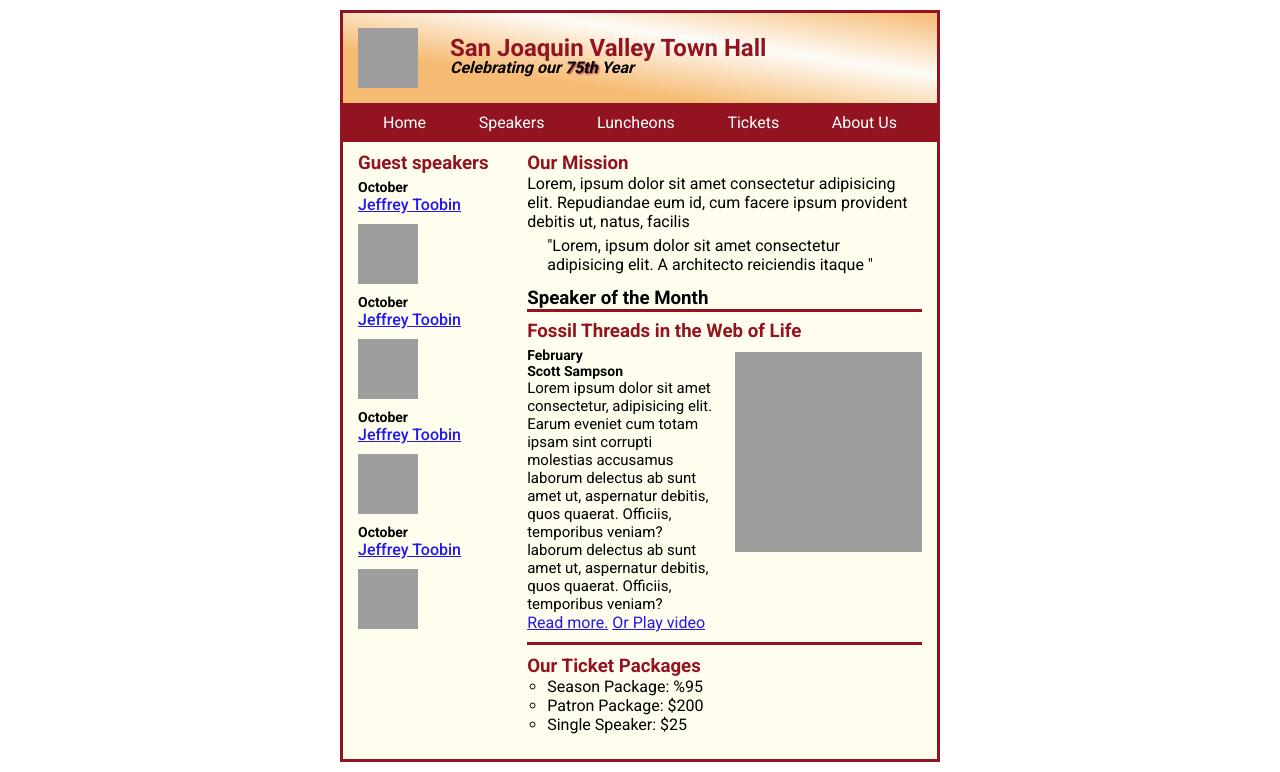
Repository: Mannj-nef/ex-5-6-7-8_IvVettech
Page: index.html
An editor plug-in stored every save of this project. The page is shown before and after the next save, followed by the edit.
The browser window is 1280 px wide. The pictures show the whole page.
Pictures or frames that could not be fetched are drawn as grey boxes.

Above is the page before, as saved 2022-03-24 23:14:18.

After the next save:
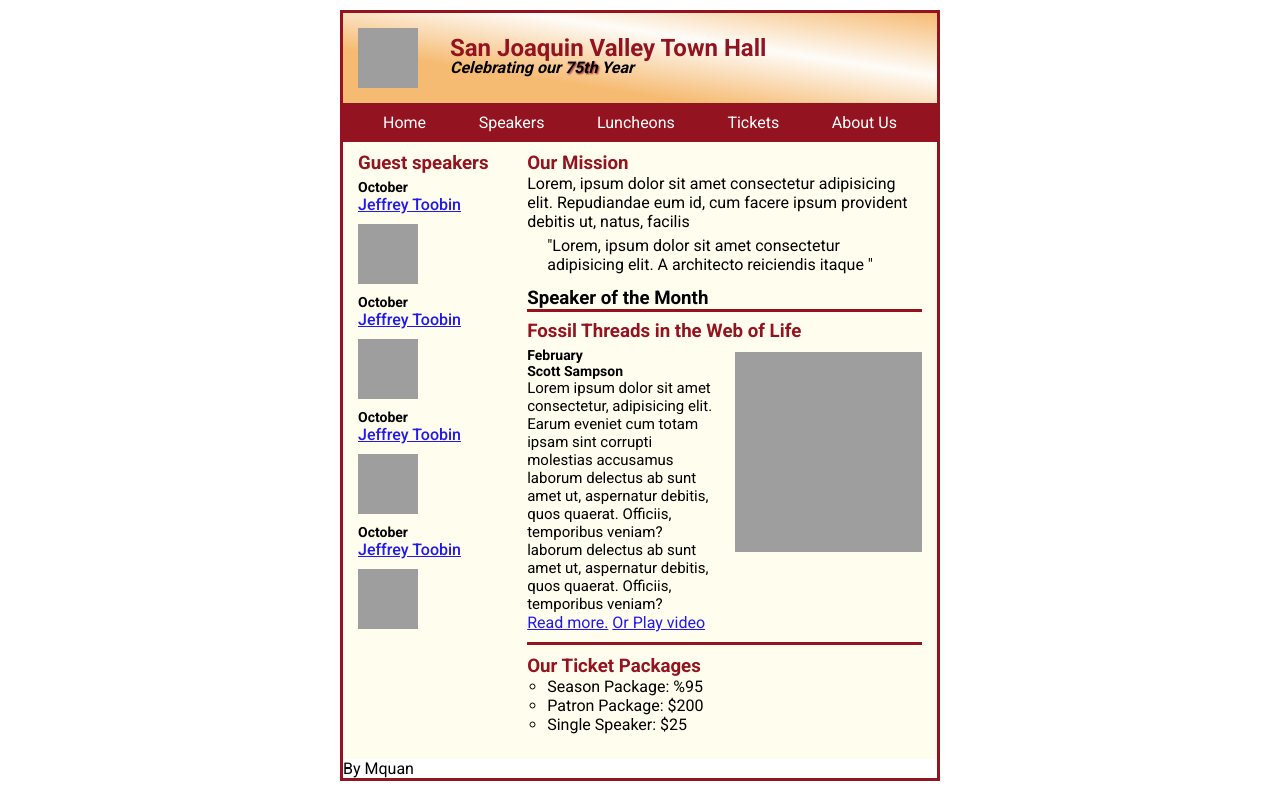
Saved 90 s later.
--- a/index.html
+++ b/index.html
@@ -161,6 +161,9 @@
           </div>
         </div>
       </section>
+      <footer id="footer">
+        <p class="coppyright">By Mquan</p>
+      </footer>
     </div>
   </body>
 </html>
